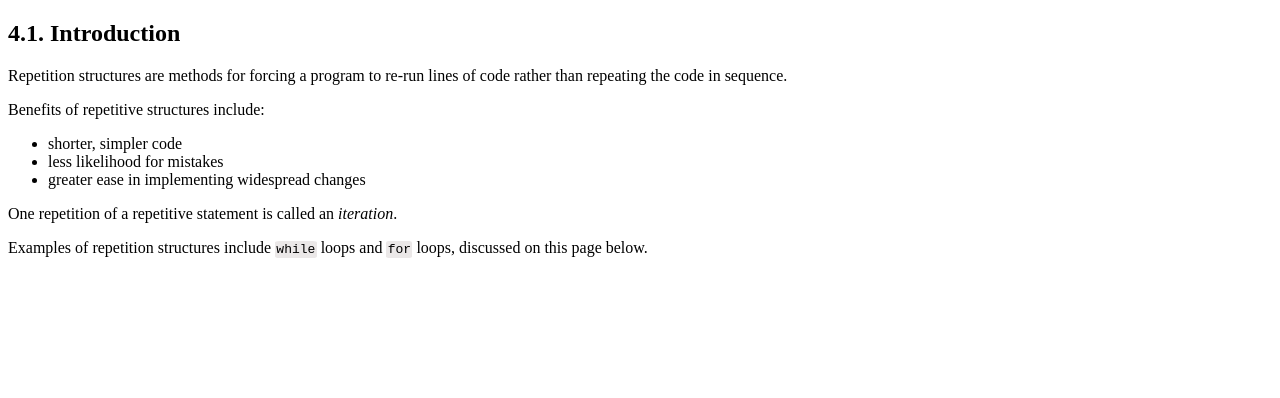
Repository: emnharris/FreeCodeCampChallenges
Page: responsive-web-design/technical-documentation-page/python-tutorial.html
An editor plug-in stored every save of this project. The page is shown before and after the next save, followed by the edit.
The browser window is 1280 px wide. The pictures show the whole page.

Above is the page before, as saved 2020-04-16 14:46:24.

### responsive-web-design/technical-documentation-page/python-tutorial.html
<!DOCTYPE html>
<html>
    <head>
        <!--Import fonts-->

        <!--Import stylesheet-->
        <link rel="stylesheet" type="text/css" href="python-tutorial.css">
    </head>

    <body>
        <title>
            Python Tutorial: Repetition Structures
        </title>
        <navbar>

        </navbar>
        <header>

        </header>
        <main>
            <section id="intro">
                <h2>4.1. Introduction </h2>
                <p>Repetition structures are methods for forcing a program to re-run lines of code rather than repeating the code in sequence.</p>

                <p>Benefits of repetitive structures include:</p>
                <ul>
                    <li>shorter, simpler code</li>
                    <li>less likelihood for mistakes</li>
                    <li>greater ease in implementing widespread changes</li>
                </ul>

                <p>One repetition of a repetitive statement is called an <i>iteration</i>.</p>

                <p>Examples of repetition structures include <code>while</code> loops and <code>for</code> loops, discussed on this page below.</p>
            </section>
        </main>
    </body>
</html>

### responsive-web-design/technical-documentation-page/python-tutorial.css
code {
    background-color: rgb(235, 232, 232);
    padding: .1em;
    border-radius: 10%;
}

After the next save:
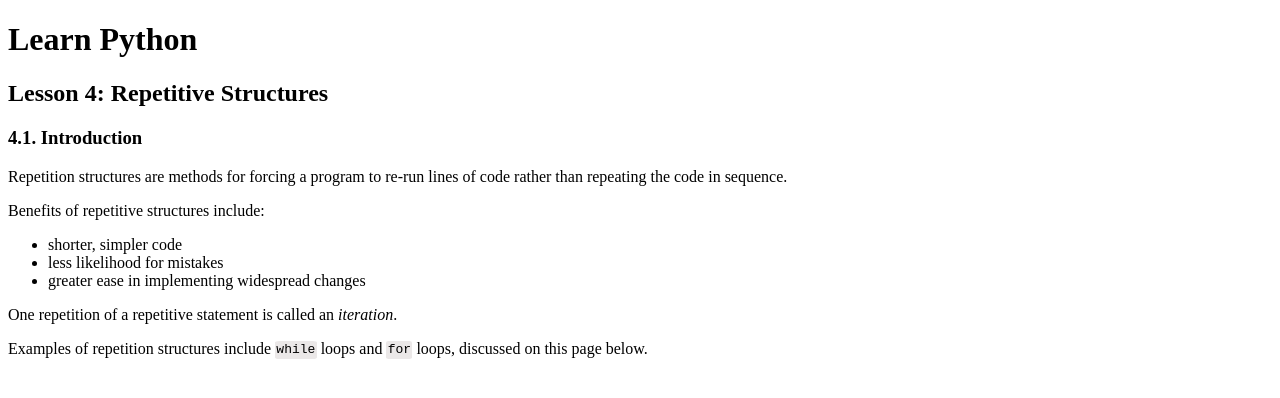
Saved 72 s later.
--- a/responsive-web-design/technical-documentation-page/python-tutorial.html
+++ b/responsive-web-design/technical-documentation-page/python-tutorial.html
@@ -15,11 +15,12 @@
 
         </navbar>
         <header>
-
+            <h1>Learn Python</h1>
+            <h2>Lesson 4: Repetitive Structures</h2>
         </header>
         <main>
             <section id="intro">
-                <h2>4.1. Introduction </h2>
+                <h3>4.1. Introduction </h3>
                 <p>Repetition structures are methods for forcing a program to re-run lines of code rather than repeating the code in sequence.</p>
 
                 <p>Benefits of repetitive structures include:</p>
